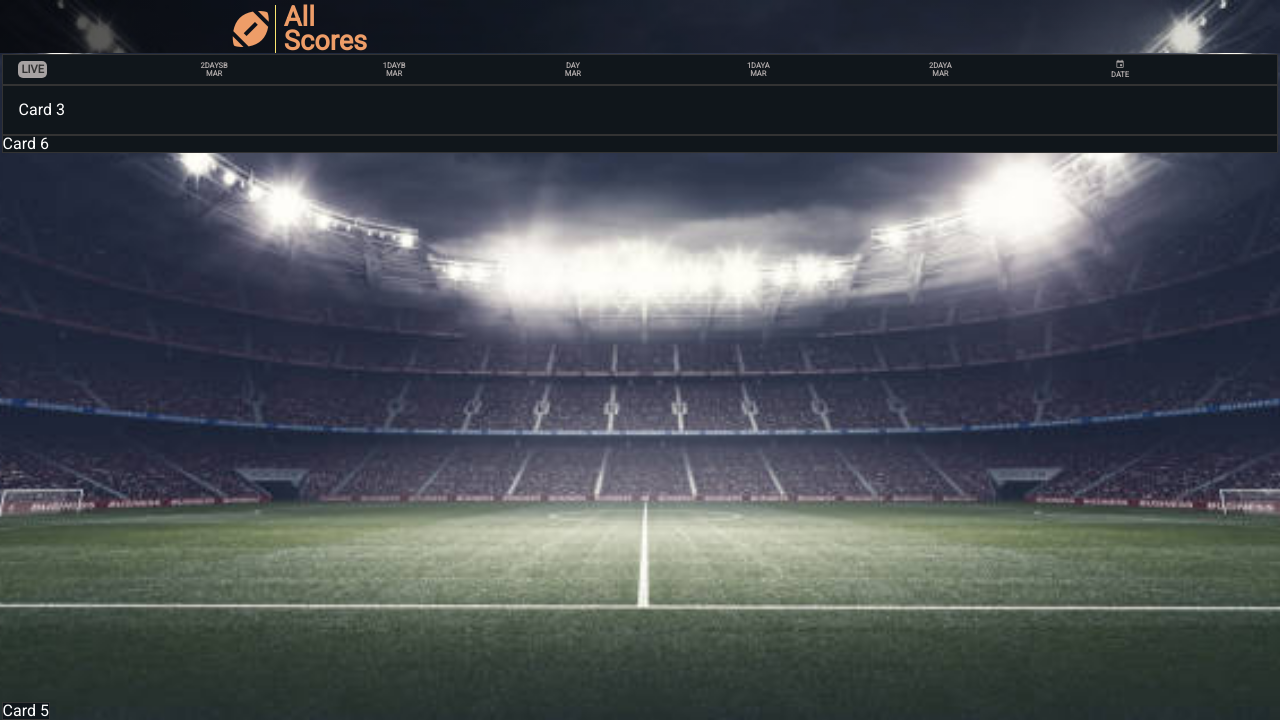
Repository: boomshakar/AllScores
Page: index.html
An editor plug-in stored every save of this project. The page is shown before and after the next save, followed by the edit.
The browser window is 1280 px wide. The pictures show the whole page.
The style sheet was rebuilt from its Sass, Less or Tailwind sources for each picture, by a compiler version that may differ from the author's.

Above is the page before, as saved 2021-03-30 13:17:15.

### index.html
<!DOCTYPE html>
<html lang="en">
  <head>
    <meta charset="UTF-8" />
    <meta http-equiv="X-UA-Compatible" content="IE=edge" />
    <meta name="viewport" content="width=device-width, initial-scale=1.0" />
    <title>All Scores</title>
    <link rel="stylesheet" href="css/main.css" />
    <link
      rel="stylesheet"
      href="https://fonts.googleapis.com/icon?family=Material+Icons"
    />
  </head>
  <body>
    <header>
      <a href="index.html" class="head-name__logo">
        <span class="material-icons md-48">sports_football</span>
        <h1>All<br />Scores</h1>
      </a>
      <ul class="head-name">
        <a href="index.html"
          ><li class="head-name__mob active">
            <span class="material-icons md-36">sports_soccer</span>
            <h3>Soccer</h3>
          </li></a
        >
        <a href="#"
          ><li class="head-name__mob">
            <span class="material-icons md-36">sports_basketball</span>
            <h3>Basket</h3>
          </li></a
        >
        <a href="#"
          ><li class="head-name__mob">
            <span class="material-icons md-36">golf_course</span>
            <h3>Golf</h3>
          </li></a
        >
        <a href="#"
          ><li class="head-name__mob">
            <span class="material-icons md-36">sports_tennis</span>
            <h3>Tennis</h3>
          </li></a
        >
      </ul>
      <div class="menu-btn">
        <span class="menu-btn__burger"></span>
      </div>
      <nav class="nav">
        <ul class="menu-nav">
          <div class="menu-nav__time">
            Lorem ipsum, dolor sit amet consectetur adipisicing elit. Qui
            quidem, dignissimos asperiores totam nesciunt laborum at consectetur
            nam temporibus ea.
          </div>
          <li class="menu-nav__item active">
            <a href="index.html" class="menu-nav__link">Soccer</a>
          </li>
          <li class="menu-nav__item">
            <a href="#" class="menu-nav__link">Basketball</a>
          </li>
          <li class="menu-nav__item">
            <a href="#" class="menu-nav__link">Tennis</a>
          </li>
          <li class="menu-nav__item">
            <a href="#" class="menu-nav__link">Hockey</a>
          </li>
          <li class="menu-nav__item">
            <a href="#" class="menu-nav__link">Golf</a>
          </li>
          <li class="menu-nav__item">
            <a href="#" class="menu-nav__link">Basketball</a>
          </li>
          <li class="menu-nav__item">
            <a href="#" class="menu-nav__link">Tennis</a>
          </li>
          <li class="menu-nav__item">
            <a href="#" class="menu-nav__link">Hockey</a>
          </li>
          <li class="menu-nav__item">
            <a href="#" class="menu-nav__link">Golf</a>
          </li>
          <li class="menu-nav__item">
            <a href="#" class="menu-nav__link">Basketball</a>
          </li>
          <li class="menu-nav__item">
            <a href="#" class="menu-nav__link">Tennis</a>
          </li>
          <li class="menu-nav__item">
            <a href="#" class="menu-nav__link">Hockey</a>
          </li>
          <li class="menu-nav__item">
            <a href="#" class="menu-nav__link">Golf</a>
          </li>
          <div class="menu-nav__foot">
            Lorem ipsum dolor sit amet consectetur adipisicing elit. Quisquam
            quod neque provident ex cumque adipisci, iusto, tempora quibusdam
            maxime, magni autem perferendis? Quibusdam, tenetur. Laudantium,
            velit reiciendis deleniti perferendis nesciunt vitae dolores itaque
            aut voluptas dolor veritatis. Optio ducimus consectetur nisi sequi,
            nesciunt id quis mollitia, laborum voluptates necessitatibus modi.
          </div>
        </ul>
      </nav>
    </header>
    <div class="grid-contain">
      <span class="card">
        <div class="date-select">
          <a href="#" class="date-select__link active"
            ><div class="date-select__match live-logo">
              <strong>live</strong>
            </div></a
          >
          <a href="#" class="date-select__link"
            ><div class="date-select__match">
              <h6>2daysB</h6>
              <h6>Mar</h6>
            </div></a
          >
          <a href="#" class="date-select__link"
            ><div class="date-select__match">
              <h6>1dayB</h6>
              <h6>Mar</h6>
            </div></a
          >
          <a href="#" class="date-select__link"
            ><div class="date-select__match">
              <h6>Day</h6>
              <h6>Mar</h6>
            </div></a
          >
          <a href="#" class="date-select__link"
            ><div class="date-select__match">
              <h6>1dayA</h6>
              <h6>Mar</h6>
            </div></a
          >
          <a href="#" class="date-select__link"
            ><div class="date-select__match">
              <h6>2dayA</h6>
              <h6>Mar</h6>
            </div></a
          >
          <a href="#" class="date-select__link"
            ><div class="date-select__match live-cal">
              <span class="material-icons"> event </span>
              <h6>Date</h6>
            </div></a
          >
        </div>
      </span>
      <div class="card">Card 2</div>
      <div class="card">Card 3</div>
      <div class="card">Card 4</div>
      <div class="card">Card 5</div>
      <div class="card">Card 6</div>
    </div>
  </body>
  <script src="main.js"></script>
</html>

### main.js
const menuBtn = document.querySelector(".menu-btn");
const menuBurger = document.querySelector(".menu-btn__burger");
const nav = document.querySelector(".nav");
const headName = document.querySelector(".head-name");
const menuNav = document.querySelector(".menu-nav");
const menuNavList = document.querySelectorAll(".menu-nav__item");

let menuOpen = false;

menuBtn.addEventListener("click", toggleMenu);

function toggleMenu() {
  if (!menuOpen) {
    menuBurger.classList.add("open");
    nav.classList.add("open");
    headName.classList.add("open");
    menuNav.classList.add("open");
    menuNavList.forEach((item) => item.classList.add("open"));

    menuOpen = true;
  } else {
    menuBurger.classList.remove("open");
    nav.classList.remove("open");
    headName.classList.remove("open");
    menuNav.classList.remove("open");
    menuNavList.forEach((item) => item.classList.remove("open"));

    menuOpen = false;
  }
}

### scss/main.scss
@import "config";
@import "menu";
@import "home";
@import "responsive";

body {
  position: relative;
  background: $primary-color;
  color: $text-color;
  height: 100vh;
  font-family: "Roboto", "Segoe UI", Tahoma, Verdana, sans-serif;
  line-height: 1;
  background: url(../img/stadium3.jpg);
  background-size: cover;
  background-repeat: no-repeat;
  background-position: center;
  background-attachment: fixed;
}

header {
  display: flex;
  z-index: 2;
  background: linear-gradient(to right, rgba(#000, 0.7), rgba(#000, 0.1)),
    url(../img/head.jpg);
  background-size: cover;
  background-repeat: no-repeat;
  position: fixed;
  width: 100vw;
  padding-top: 0.3rem;

  a {
    color: $secondary-color;
  }
}

### scss/_config.scss
$primary-color: #24303a;
$secondary-color: #ee9d68;
$text-color: #fae56f;
$text-color2: rgb(167, 162, 162);

* {
  box-sizing: border-box;
  margin: 0;
  padding: 0;
  outline: 0;
  list-style: none;
}
a {
  text-decoration: none;
}

@import url("https://fonts.googleapis.com/css2?family=Roboto&display=swap");

@mixin transition-mix {
  transition: all 0.5s ease-in-out;
}

@mixin media-xxsm {
  @media screen and (max-width: 313px) {
    @content;
    ul.head-name {
      visibility: hidden;
    }
  }
}

@mixin media-xsm {
  @media screen and (min-width: 314px) and (max-width: 359px) {
    @content;
  }
}

@mixin media-sm {
  @media screen and (min-width: 360px) and (max-width: 399px) {
    @content;
  }
}

@mixin media-smd {
  @media screen and (min-width: 400px) {
    @content;
  }
}

@mixin media-md {
  @media screen and (min-width: 500px) {
    @content;
  }
}

@mixin media-lg {
  @media screen and (min-width: 700px) {
    @content;
  }
}

@mixin media-xl {
  @media screen and (min-width: 1000px) {
    @content;
  }
}

### scss/_menu.scss
.menu-btn {
  position: fixed;
  z-index: 1;
  width: 28px;
  height: 20px;
  top: 0.8rem;
  right: 0.7rem;
  background: transparent;
  cursor: pointer;
  @include transition-mix;
  &__burger {
    position: absolute;
    width: 20px;
    height: 3px;
    right: 0.5rem;
    top: 0.5rem;
    background: pink;
    border-radius: 5px;
    @include transition-mix;

    &::before {
      content: "";
      position: absolute;
      width: 28px;
      height: 3px;
      top: -8px;
      background: $text-color;
      border-radius: 5px;
      @include transition-mix;
    }

    &::after {
      content: "";
      position: absolute;
      width: 28px;
      height: 3px;
      top: 8px;
      background: $text-color;
      border-radius: 5px;
      @include transition-mix;
    }

    &.open {
      transform: rotate(720deg);
      background: transparent;

      &::before {
        transform: rotate(45deg) translate(5px, 8px);
        background: $secondary-color;
      }
      &::after {
        transform: rotate(-45deg) translate(3px, -7px);
        background: $secondary-color;
      }
    }
  }
}
nav {
  position: fixed;
  top: 0;
  left: 0;
  width: 100vw;
  visibility: hidden;
  &.open {
    visibility: visible;
  }
}

.menu-nav {
  display: grid;
  grid-template-columns: 1fr;
  grid-template-rows: 1fr;
  width: 100vw;
  height: 100vh;
  top: 50px;
  left: 0;
  right: 0;
  bottom: 0;
  overflow-y: scroll;
  overflow-x: hidden;
  background: $primary-color;
  opacity: 0.97;
  transform: translateY(-100%);
  @include transition-mix;

  &.open {
    transform: translateY(0);
  }
  &__time {
    padding: 1.5rem 1.5rem 1rem 1.5rem;
    line-height: 1.2;
    font-size: 12px;
  }

  &__item {
    transform: translateX(100vw);
    border-bottom: 1px solid rgb(102, 96, 96);
    @include transition-mix;
    &:nth-of-type(1) {
      border-top: 1px solid rgb(102, 96, 96);
    }
    &.open {
      transform: translateX(0);
    }
    &.active > a {
      color: $secondary-color;
    }
  }

  &__link {
    display: grid;
    font-size: 1.1rem;
    padding: 0.7rem 0;
    font-weight: 600;
    text-transform: uppercase;
    text-align: center;
    color: rgb(167, 162, 162);
    @include transition-mix;

    &:hover {
      color: $secondary-color;
    }
  }

  &__foot {
    padding: 2rem 1.5rem 200px 1.5rem;
    font-size: 12px;
  }
}

@for $f from 1 through 14 {
  .menu-nav__item:nth-child(#{$f}) {
    transition-delay: ($f * 0.1s) + 0.05s;
  }
}

### scss/_home.scss
.grid-contain {
  padding: 3.4rem 0.1rem 1.5rem 0.1rem;
  display: grid;
  grid-template-columns: 1fr;
  grid-template-rows: repeat(auto-fit, minmax(10px, 1fr));

  .card {
    background: darken($primary-color, 10%);
    border: 1px solid #333;
    color: #fff;

    &:nth-child(1) {
      //date selector
      grid-column: 1 / 1;
      grid-row: 1/ 2;
      .date-select {
        display: flex;
        flex-direction: row;
        justify-content: space-around;

        &__link {
          color: $text-color2;
          padding: 0.3rem 0.5rem;
          text-transform: uppercase;
          text-align: center;
          align-content: center;
          justify-self: center;
          width: 13vw;
          &:nth-child(1) > .live-logo {
            color: #333;
            background: $text-color2;
            border-radius: 5px;
            padding: 3px;
            width: max-content;
          }
        }
        &__match {
          font-size: 0.7rem;
          width: max-content;
          .material-icons {
            font-size: 0.6rem;
            width: max-content;
          }
        }
      }
    }

    &:nth-child(2) {
      //left side
      // grid-column: 1;
      // grid-row: 3 / 4;
      visibility: hidden;
    }

    &:nth-child(3) {
      //main menu
      grid-column: 1;
      grid-row: 2 / 3;
      padding: 1rem;
    }

    &:nth-child(4) {
      //right side
      // grid-column: 1;
      // grid-row: 4 / 5;
      visibility: hidden;
    }

    &:nth-child(5) {
      //stciky ad below
      // grid-column: 1;
      // grid-row: 3 / 4;
      position: fixed;
      bottom: 0;
    }

    &:nth-child(6) {
      //footer
      grid-column: 1;
      grid-row: 3 / 4;
    }
  }
}

### scss/_responsive.scss
@include media-xxsm {
  header {
    height: 2.8rem;
    justify-content: space-between;
    .head-name__logo {
      display: flex;
      flex-direction: row;
      cursor: pointer;
      &:hover > .material-icons {
        color: $text-color;
      }

      .material-icons {
        font-size: 2.5rem;
        align-items: center;
        cursor: pointer;
        @include transition-mix;
      }
      h1 {
        font-weight: 800;
        border-left: 1px solid $text-color;
        line-height: 1.3rem;
        padding: 0 0.5rem;
        font-size: 1.1rem;
        cursor: pointer;
      }
    }
  }
}

@include media-xsm {
  header {
    justify-content: space-between;
    .head-name__logo {
      display: flex;
      flex-direction: row;
      cursor: pointer;
      height: 2.5rem;
      &:hover > .material-icons {
        color: $text-color;
      }

      .material-icons {
        font-size: 2.5rem;
        align-items: center;
        cursor: pointer;
        @include transition-mix;
      }
      h1 {
        font-weight: 800;
        border-left: 1px solid $text-color;
        line-height: 1.3rem;
        padding: 0 0.5rem;
        font-size: 1.1rem;
        cursor: pointer;
      }
    }
    ul.head-name {
      display: flex;
      flex-direction: row;
      margin-right: 2rem;
      &.open {
        visibility: hidden;
      }

      .head-name__mob {
        border-left: 1px solid $text-color2;
        padding: 0 0.2rem;
        text-align: center;
        width: 3rem;
        @include transition-mix;
        &.active {
          background: linear-gradient(
            to right,
            rgba(#fff, 0.3),
            rgba(#fff, 0.1)
          );
          color: $text-color;
          border-radius: 5px;
          border-left: 1px solid $text-color;
        }
        &:hover > .material-icons {
          color: $text-color;
        }
      }
      .material-icons {
        font-size: 1.3rem;
        cursor: pointer;
        @include transition-mix;
      }
      h3 {
        font-size: 0.7rem;
      }
    }
    .menu-btn {
      right: -0.3rem;
    }
  }
}

@include media-sm {
  header {
    justify-content: space-between;
    .head-name__logo {
      display: flex;
      flex-direction: row;
      cursor: pointer;
      height: 2.5rem;
      &:hover > .material-icons {
        color: $text-color;
      }

      .material-icons {
        font-size: 2.5rem;
        align-items: center;
        cursor: pointer;
        @include transition-mix;
      }
      h1 {
        font-weight: 800;
        border-left: 1px solid $text-color;
        line-height: 1.3rem;
        padding: 0 0.5rem;
        font-size: 1.1rem;
        cursor: pointer;
      }
    }
    ul.head-name {
      display: flex;
      flex-direction: row;
      margin-right: 2rem;
      &.open {
        visibility: hidden;
      }

      .head-name__mob {
        border-left: 1px solid $text-color2;
        padding: 0 0.5rem;
        text-align: center;
        width: 3.3rem;
        &.active {
          background: linear-gradient(
            to right,
            rgba(#fff, 0.3),
            rgba(#fff, 0.1)
          );
          color: $text-color;
          border-radius: 5px;
          border-left: 1px solid $text-color;
        }
        &:hover > .material-icons {
          color: $text-color;
        }
      }
      .material-icons {
        font-size: 1.3rem;
        cursor: pointer;
        @include transition-mix;
      }
      h3 {
        font-size: 0.8rem;
      }
    }
    .menu-btn {
      right: 0.3rem;
    }
  }
}

@include media-smd {
  header {
    justify-content: space-between;
    .head-name__logo {
      display: flex;
      flex-direction: row;
      cursor: pointer;
      &:hover > .material-icons {
        color: $text-color;
      }

      .material-icons {
        font-size: 3rem;
        align-items: center;
        cursor: pointer;
        @include transition-mix;
      }
      h1 {
        font-weight: 800;
        border-left: 1px solid $text-color;
        line-height: 1.5rem;
        padding: 0 0.5rem;
        font-size: 1.4rem;
        cursor: pointer;
      }
    }
    ul.head-name {
      display: flex;
      flex-direction: row;
      margin-right: 2rem;
      &.open {
        visibility: hidden;
      }

      .head-name__mob {
        border-left: 1px solid $text-color2;
        padding: 0 0.3rem;
        text-align: center;
        width: 3.4rem;
        @include transition-mix;
        &.active {
          background: linear-gradient(
            to right,
            rgba(#fff, 0.3),
            rgba(#fff, 0.1)
          );
          color: $text-color;
          border-radius: 5px;
          border-left: 1px solid $text-color;
        }
        &:hover > .material-icons {
          color: $text-color;
        }
      }
      .material-icons {
        font-size: 1.7rem;
        cursor: pointer;
        @include transition-mix;
      }
      h3 {
        font-size: 0.8rem;
      }
    }
    .menu-btn {
      top: 1.2rem;
      right: 0.4rem;
    }
  }
}

@include media-md {
  header {
    justify-content: space-between;
    .head-name__logo {
      display: flex;
      flex-direction: row;
      cursor: pointer;
      &:hover > .material-icons {
        color: $text-color;
      }

      .material-icons {
        font-size: 3rem;
        align-items: center;
        cursor: pointer;
        @include transition-mix;
      }
      h1 {
        font-weight: 800;
        border-left: 1px solid $text-color;
        line-height: 1.5rem;
        padding: 0 0.5rem;
        font-size: 1.7rem;
        cursor: pointer;
      }
    }
    ul.head-name {
      display: flex;
      flex-direction: row;
      margin-right: 5rem;
      &.open {
        visibility: hidden;
      }

      .head-name__mob {
        border-left: 1px solid $text-color2;
        padding: 0 0.5rem;
        text-align: center;
        width: 3.8rem;
        @include transition-mix;
        &.active {
          background: linear-gradient(
            to right,
            rgba(#fff, 0.3),
            rgba(#fff, 0.1)
          );
          color: $text-color;
          border-radius: 5px;
          border-left: 1px solid $text-color;
        }
        &:hover > .material-icons {
          color: $text-color;
        }
      }
      .material-icons {
        font-size: 1.7rem;
        cursor: pointer;
        @include transition-mix;
      }
      h3 {
        font-size: 0.8rem;
      }
    }
  }
}

@include media-lg {
  header {
    justify-content: space-evenly;
    .head-name__logo {
      display: flex;
      flex-direction: row;
      cursor: pointer;
      margin-right: 8rem;
      &:hover > .material-icons {
        color: $text-color;
      }

      .material-icons {
        font-size: 3rem;
        align-items: center;
        cursor: pointer;
        @include transition-mix;
      }
      h1 {
        font-weight: 800;
        border-left: 1px solid $text-color;
        line-height: 1.5rem;
        padding: 0 0.5rem;
        font-size: 1.7rem;
        cursor: pointer;
      }
    }
    ul.head-name {
      display: flex;
      flex-direction: row;
      &.open {
        visibility: hidden;
      }

      .head-name__mob {
        border-left: 1px solid $text-color2;
        padding: 0 0.3rem;
        text-align: center;
        width: 3.8rem;
        &.active {
          background: linear-gradient(
            to right,
            rgba(#fff, 0.3),
            rgba(#fff, 0.1)
          );
          color: $text-color;
          border-radius: 5px;
          border-left: 1px solid $text-color;
        }
        &:hover > .material-icons {
          color: $text-color;
        }
      }
      .material-icons {
        font-size: 1.7rem;
        cursor: pointer;
        @include transition-mix;
      }
      h3 {
        font-size: 0.8rem;
      }
    }
    .menu-btn {
      visibility: hidden;
    }
  }
}

@include media-xl {
  header {
    justify-content: space-evenly;
    .head-name__logo {
      display: flex;
      flex-direction: row;
      cursor: pointer;
      margin-right: 8rem;
      &:hover > .material-icons {
        color: $text-color;
      }

      .material-icons {
        font-size: 3rem;
        align-items: center;
        cursor: pointer;
        @include transition-mix;
      }
      h1 {
        font-weight: 800;
        border-left: 1px solid $text-color;
        line-height: 1.5rem;
        padding: 0 0.5rem;
        font-size: 1.7rem;
        cursor: pointer;
      }
    }
    ul.head-name {
      display: flex;
      flex-direction: row;
      &.open {
        visibility: hidden;
      }

      .head-name__mob {
        border-left: 1px solid $text-color2;
        padding: 0 0.3rem;
        text-align: center;
        width: 3.8rem;
        &.active {
          background: linear-gradient(
            to right,
            rgba(#fff, 0.3),
            rgba(#fff, 0.1)
          );
          color: $text-color;
          border-radius: 5px;
          border-left: 1px solid $text-color;
        }
        &:hover > .material-icons {
          color: $text-color;
        }
      }
      .material-icons {
        font-size: 1.7rem;
        cursor: pointer;
        @include transition-mix;
      }
      h3 {
        font-size: 0.8rem;
      }
    }
  }
}

After the next save:
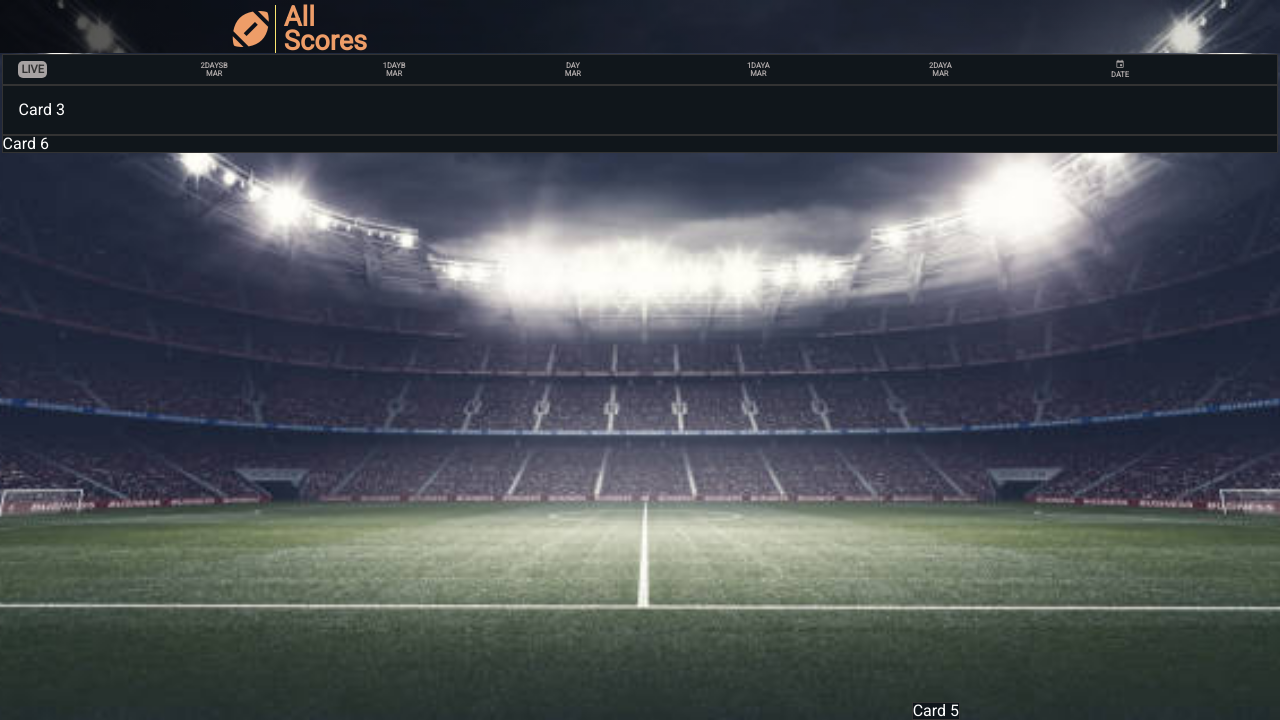
Saved 47 s later.
--- a/scss/_home.scss
+++ b/scss/_home.scss
@@ -72,6 +72,7 @@
       // grid-row: 3 / 4;
       position: fixed;
       bottom: 0;
+      right: 25%;
     }
 
     &:nth-child(6) {
